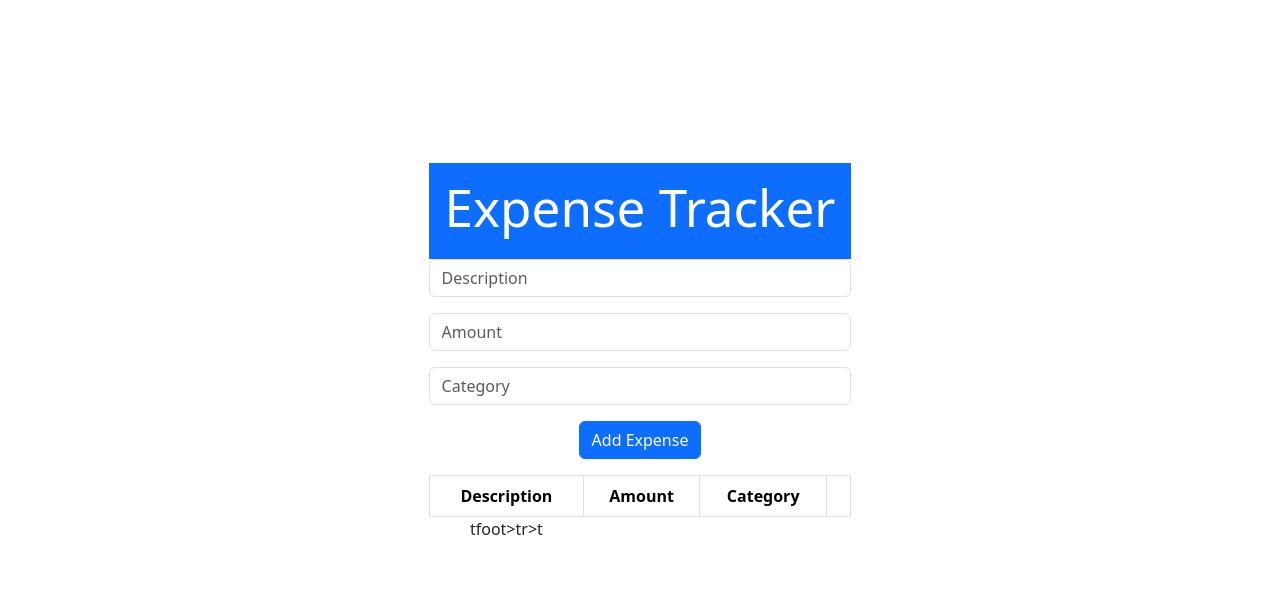
Repository: JuniorDevChris/ExpenseTracker
Page: / (app in frontend/)
The author's editor kept a copy of each file at every save. The page is drawn from the files as they stood at one save, then again after a run of saves.
The browser window is 1280 px wide. The pictures show the whole page.
The project was rebuilt for these pictures with package versions that can differ from the ones it lists, and the page was loaded fresh each time. Also part of the build but not shown: frontend/vite.config.js.

Above is the page before, as saved 2024-07-07 17:05:07.

### frontend/src/main.jsx
import 'bootstrap/dist/css/bootstrap.min.css';
import React from 'react';
import ReactDOM from 'react-dom/client';
import App from './App';
import './index.css';

ReactDOM.createRoot(document.getElementById('root')).render(
  <React.StrictMode>
    <App />
  </React.StrictMode>
);

### frontend/src/App.jsx
import React, { useState } from 'react';
import Header from './components/Header';
import ExpenseForm from './components/ExpenseForm';
import ExpenseList from './components/ExpenseList';
import './App.css';

function App() {
  const [expenses, setExpenses] = useState([]);

  const addExpense = (expense) => {
    setExpenses([...expenses, { ...expense, id: Date.now() }]);
  };

  const deleteExpense = (id) => {
    setExpenses(expenses.filter((expense) => expense.id !== id));
  };

  return (
    <div className="App container">
      <Header />
      <ExpenseForm addExpense={addExpense} />
      <ExpenseList expenses={expenses} deleteExpense={deleteExpense} />
    </div>
  );
}

export default App;

### frontend/src/components/Header.jsx
import React from 'react';

const Header = () => {
  return (
    <header className="bg-primary text-white p-3">
      <h1>Expense Tracker</h1>
    </header>
  );
};

export default Header;

### frontend/src/components/ExpenseForm.jsx
import React, { useState } from 'react';

const ExpenseForm = ({ addExpense }) => {
  const [description, setDescription] = useState('');
  const [amount, setAmount] = useState('');
  const [category, setCategory] = useState('');

  const handleSubmit = (e) => {
    e.preventDefault();
    addExpense({ description, amount, category });
    setDescription('');
    setAmount('');
    setCategory('');
  };

  return (
    <form onSubmit={handleSubmit} className="mb-3">
      <div className="mb-3">
        <input
          type="text"
          className="form-control"
          placeholder="Description"
          value={description}
          onChange={(e) => setDescription(e.target.value)}
          required
        />
      </div>
      <div className="mb-3">
        <input
          type="number"
          className="form-control"
          placeholder="Amount"
          value={amount}
          onChange={(e) => setAmount(e.target.value)}
          required
        />
      </div>
      <div className="mb-3">
        <input
          type="text"
          className="form-control"
          placeholder="Category"
          value={category}
          onChange={(e) => setCategory(e.target.value)}
          required
        />
      </div>
      <button type="submit" className="btn btn-primary">Add Expense</button>
    </form>
  );
};

export default ExpenseForm;

### frontend/src/components/ExpenseList.jsx
import React from 'react';

const ExpenseList = ({ expenses, deleteExpense }) => {
  return (
    <table className="table table-bordered">
      <thead>
        <tr>
          <th>Description</th>
          <th>Amount</th>
          <th>Category</th>
          <th></th>
        </tr>
      </thead>
      <tbody>
        {expenses.map((expense) => (
          <tr key={expense.id}>
            <td>{expense.description}</td>
            <td>{expense.amount}</td>
            <td>{expense.category}</td>
            <td>
              <button
                className="btn btn-outline-danger"
                onClick={() => deleteExpense(expense.id)}
              >
                Delete
              </button>
            </td>
          </tr>
        ))}
      </tbody>
      tfoot>tr>t
    </table>
  );
};

export default ExpenseList;

Loaded but not shown: frontend/index.html (common file); frontend/src/index.css (common file); frontend/src/App.css (common file)

After the next 3 saves:
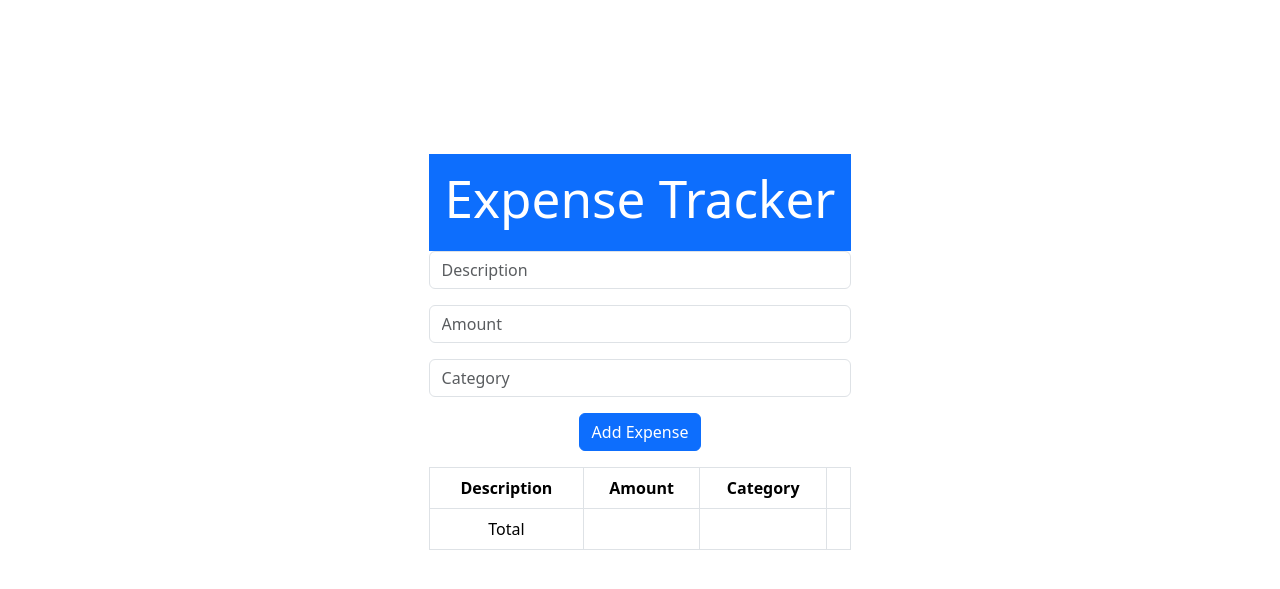
The 3 saves are shown as one change because they came seconds apart.
The last was saved 8 s later.
--- a/frontend/src/components/ExpenseList.jsx
+++ b/frontend/src/components/ExpenseList.jsx
@@ -28,7 +28,14 @@ const ExpenseList = ({ expenses, deleteExpense }) => {
           </tr>
         ))}
       </tbody>
-      tfoot>tr>t
+      <tfoot>
+        <tr>
+            <td>Total</td>
+            <td></td>
+            <td></td>
+            <td></td>
+        </tr>
+      </tfoot>
     </table>
   );
 };
